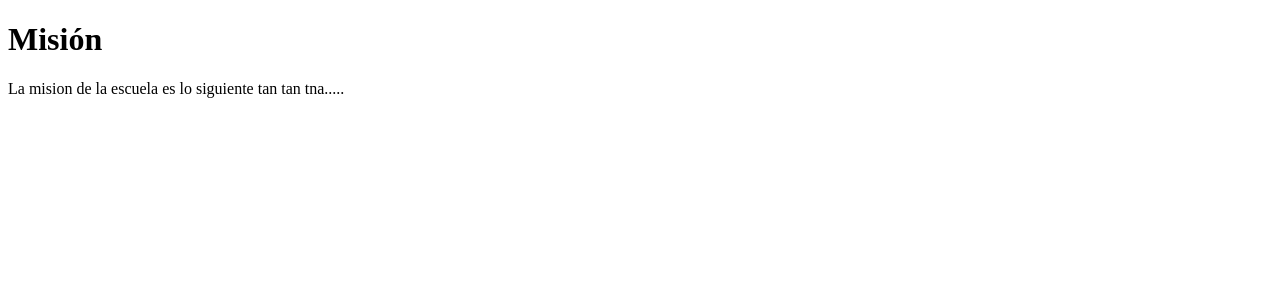
Repository: Dogueen/miniProyectoUniversidad
Page: miniProyecto/miniProyecto.html
The author's editor kept a copy of each file at every save. The page is drawn from the files as they stood at one save, then again after the next save.
The browser window is 1280 px wide. The pictures show the whole page.

Above is the page before, as saved 2023-10-27 15:19:19.

After the next save:
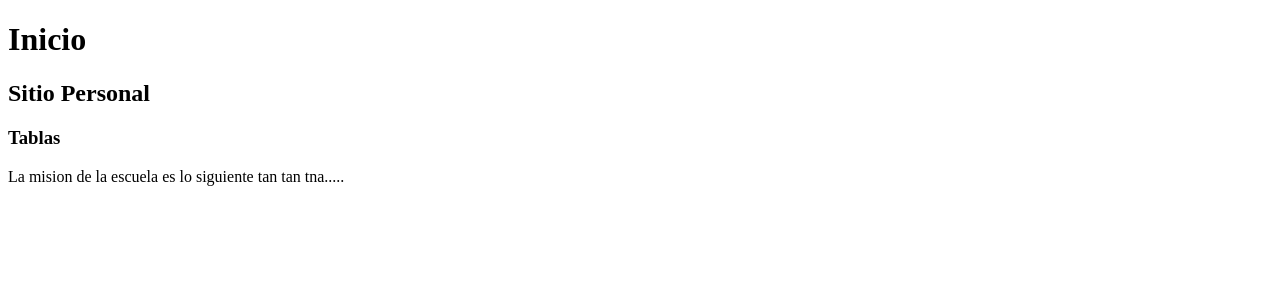
Saved 10 min 26 s later.
--- a/miniProyecto/miniProyecto.html
+++ b/miniProyecto/miniProyecto.html
@@ -9,8 +9,14 @@
     <div class="'menu">
         <main>
             <h1>
-                Misión
+                Inicio
             </h1>
+            <h2>
+                Sitio Personal
+            </h2>
+            <h3>
+                Tablas
+            </h3>
             <p>
                 La mision de la escuela es lo siguiente tan tan tna.....
             </p>
